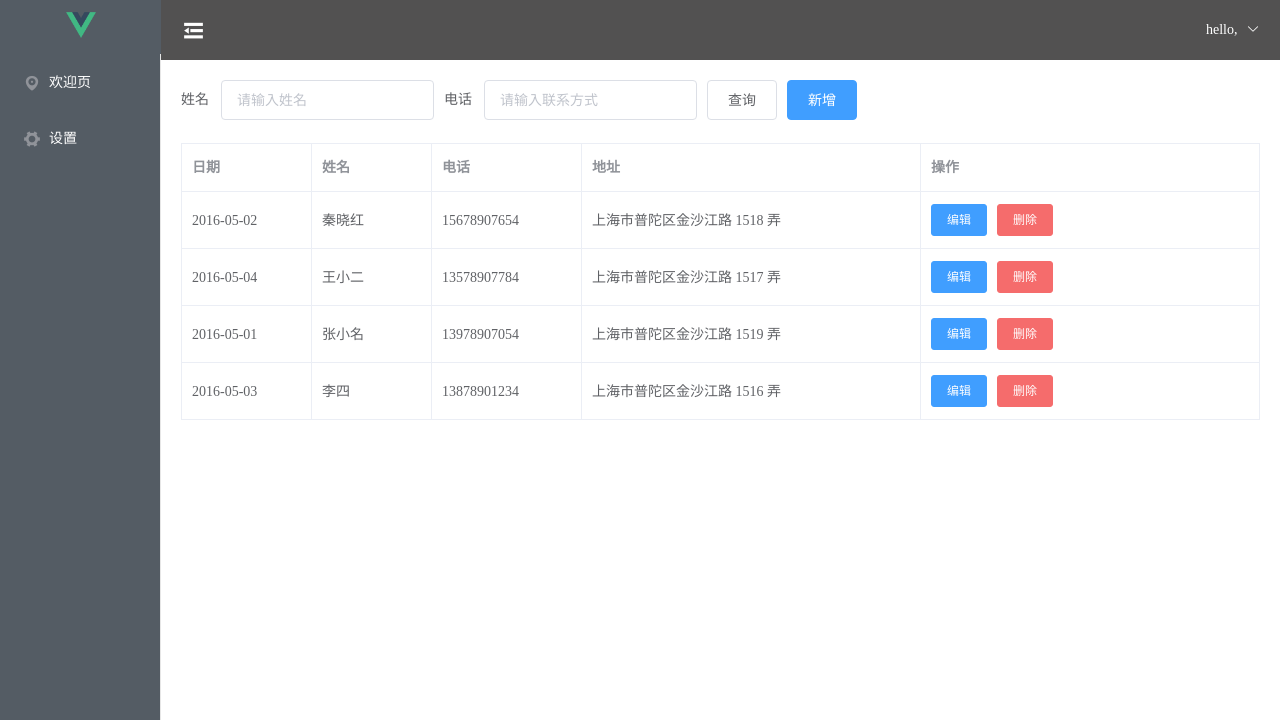
Repository: qianxuebing/admin
Page: /Layout/Table
The author's editor kept a copy of each file at every save. The page is drawn from the files as they stood at one save, then again after the next save.
The browser window is 1280 px wide. The pictures show the whole page.
The project was rebuilt for these pictures with package versions that can differ from the ones it lists, and the page was loaded fresh each time. Also part of the build but not shown: src/views/login/Login.vue. Imported but missing from the stored project, and not drawn on this page: src/views/home/Home.

Above is the page before, as saved 2019-12-10 16:17:41.

After the next save:
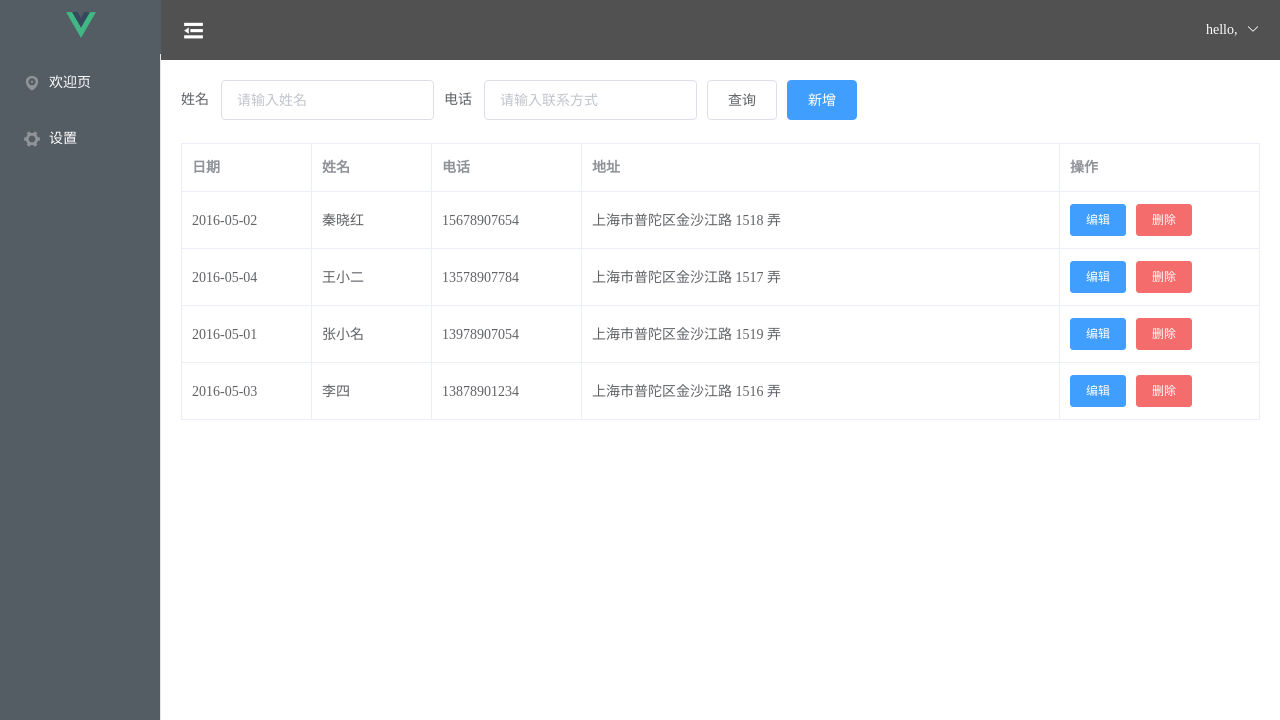
Saved 24 s later.
--- a/src/views/table/Table.vue
+++ b/src/views/table/Table.vue
@@ -34,7 +34,8 @@
       </el-table-column>
        <el-table-column
         prop="operation"
-        label="操作">
+        label="操作"
+        width="200">
         <template slot-scope="scope">
           <el-button @click="handleEdit(scope.$index,scope.row)" type="primary" size="small">编辑</el-button>
           <el-button @click="handleDelete(scope.$index,scope.row)" type="danger" size="small">删除</el-button>
